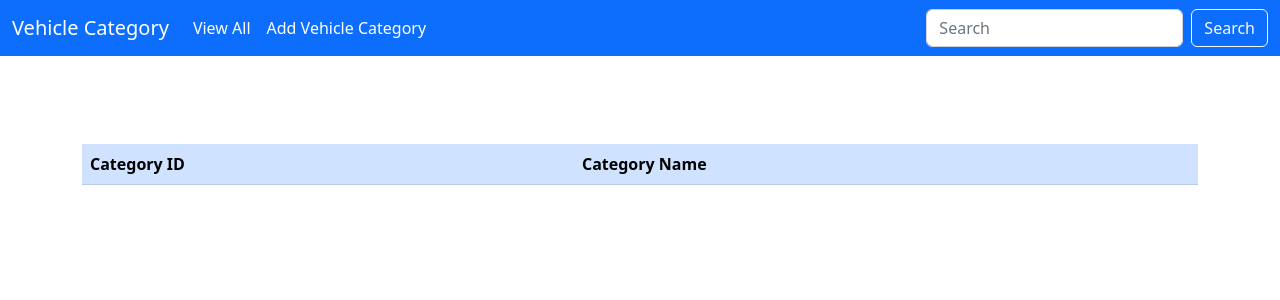
Repository: laksara20/gocheeta
Page: http://localhost/gocheeta-online/VehicleCategory?type=add
These files come from the project's save history. The page is drawn as it stood at one moment and after the next save; the edit follows.
The browser window is 1280 px wide. The pictures show the whole page.
The page is served by Tomcat 9. Other server files are loaded and not shown. Queries for data that is not in the repository find no rows.

Above is the page before, as saved 2022-09-16 11:26:54.

### gocheeta-online/src/main/webapp/gocheeta-vehiclecategories.jsp
<%@ page language="java" contentType="text/html; charset=ISO-8859-1"
	pageEncoding="ISO-8859-1" isELIgnored="false"%>

<%@ taglib prefix="tag" uri="http://java.sun.com/jsp/jstl/core"%>

<!DOCTYPE html>

<html>
<head>
<!-- Latest compiled and minified CSS -->
<link
	href="https://cdn.jsdelivr.net/npm/bootstrap@5.2.1/dist/css/bootstrap.min.css"
	rel="stylesheet">

<!-- Latest compiled JavaScript -->
<script
	src="https://cdn.jsdelivr.net/npm/bootstrap@5.2.1/dist/js/bootstrap.bundle.min.js"></script>
<meta charset="ISO-8859-1">
<title>GoCheeta</title>
</head>
<body>
	<nav class="navbar navbar-expand-lg navbar-dark bg-primary">
		<div class="container-fluid">
			<a class="navbar-brand" href="#">Vehicle Category</a>
			<button class="navbar-toggler" type="button"
				data-bs-toggle="collapse" data-bs-target="#navbarSupportedContent"
				aria-controls="navbarSupportedContent" aria-expanded="false"
				aria-label="Toggle navigation">
				<span class="navbar-toggler-icon"></span>
			</button>
			<div class="collapse navbar-collapse" id="navbarSupportedContent">
				<ul class="navbar-nav me-auto mb-2 mb-lg-0">
					<li class="nav-item"><a class="nav-link active"
						aria-current="page" href="#">View All</a></li>
					<li class="nav-item"><a class="nav-link active" href="#">Add
							Vehicle Category</a></li>
				</ul>
				<form class="d-flex" role="search">
					<input class="form-control me-2" type="search" placeholder="Search"
						aria-label="Search" name="vcid" id="vcid">
					<button class="btn btn-outline-light" type="submit">Search</button>
				</form>
			</div>
		</div>
	</nav>

	<br />
	<p style = "color:red;">${errormsg}</p>
	<br />
	<br />
	<div class="container">
		<table class="table table-striped">
			<thead>
				<tr class="table-primary">
					<th scope="col">Category ID</th>
					<th scope="col">Category Name</th>
				</tr>
			</thead>
			<tbody>
				<tag:forEach var="vehicleCategory" items="${vehicleCategoryList}">
					<tr>
						<td>${vehicleCategory.categoryID}</td>
						<td>${vehicleCategory.categoryName}</td>
					</tr>
				</tag:forEach>
			</tbody>
		</table>
	</div>


</body>
</html>

### gocheeta-online/src/main/java/com/laksara/gocheeta/controller/VehicleCategoryController.java
package com.laksara.gocheeta.controller;

import java.io.IOException;
import java.sql.SQLException;
import java.util.ArrayList;
import java.util.List;

import javax.servlet.RequestDispatcher;
import javax.servlet.ServletException;
import javax.servlet.http.HttpServlet;
import javax.servlet.http.HttpServletRequest;
import javax.servlet.http.HttpServletResponse;
import javax.servlet.http.HttpSession;

import com.laksara.gocheeta.model.VehicleCategory;
import com.laksara.gocheeta.service.VehicleCategoryService;

public class VehicleCategoryController extends HttpServlet {
	private static final long serialVersionUID = 1L;
	VehicleCategoryService vehicleCategoryService;
	String errormsg;

	public VehicleCategoryController() {
		vehicleCategoryService = VehicleCategoryService.getVehicleCategoryService();
	}

	protected void doGet(HttpServletRequest request, HttpServletResponse response)
			throws ServletException, IOException {
		String categoryID = request.getParameter("vcid");
		if (categoryID != null) {
			launchSpecificVehicleCategory(request, response);
		} else {
			launchAllVehicleCategories(request, response);
		}

	}

	protected void doPost(HttpServletRequest request, HttpServletResponse response)
			throws ServletException, IOException {

	}

	private void launchSpecificVehicleCategory(HttpServletRequest request, HttpServletResponse response) throws IOException {

		clearMessage();

		String categoryID = request.getParameter("vcid");
		VehicleCategory vehicleCategory = new VehicleCategory();


			try {
				vehicleCategory = vehicleCategoryService.getVehicleCategory(categoryID);
			} catch (ClassNotFoundException | SQLException e) {
				errormsg = e.getMessage();
			}

		HttpSession session = request.getSession();
		session.setAttribute("errormsg", errormsg);
		session.setAttribute("vehicleCategory", vehicleCategory);


		response.sendRedirect("gocheeta-managevehiclecategories.jsp");

	}

	private void launchAllVehicleCategories(HttpServletRequest request, HttpServletResponse response)
			throws ServletException, IOException {

		List<VehicleCategory> vehicleCategoryList;

		clearMessage();

		try {
			vehicleCategoryList = vehicleCategoryService.getVehicleCategories();
		} catch (ClassNotFoundException | SQLException e) {
			errormsg = e.getMessage();
			vehicleCategoryList = new ArrayList<VehicleCategory>();
		}

		request.setAttribute("vehicleCategoryList", vehicleCategoryList);
		request.setAttribute("errormsg", errormsg);

		RequestDispatcher rd = request.getRequestDispatcher("gocheeta-vehiclecategories.jsp");
		rd.forward(request, response);
	}

	private void clearMessage() {
		errormsg = "";
	}

}

### gocheeta-online/src/main/java/com/laksara/gocheeta/dao/VehicleCategoryFactory.java
package com.laksara.gocheeta.dao;

public class VehicleCategoryFactory {
	public static VehicleCategoryManager getVehicleCategoryManagerInstance() {
		return new VehicleCategoryManagerImpl();

	}
}

### gocheeta-online/src/main/java/com/laksara/gocheeta/dao/VehicleCategoryManager.java
package com.laksara.gocheeta.dao;

import java.sql.SQLException;
import java.util.List;

import com.laksara.gocheeta.model.VehicleCategory;

public interface VehicleCategoryManager {
	public boolean addVehicleCategory(VehicleCategory vehicleCategory) throws ClassNotFoundException, SQLException;
	public VehicleCategory getVehicleCategory(String categoryID) throws ClassNotFoundException, SQLException;
	public List<VehicleCategory> getVehicleCategories() throws ClassNotFoundException, SQLException;
	public boolean updateVehicleCategory(VehicleCategory vehicleCategory) throws ClassNotFoundException, SQLException;
	public boolean deleteVehicleCategory(String categoryID) throws ClassNotFoundException, SQLException;

}

### gocheeta-online/src/main/java/com/laksara/gocheeta/dao/VehicleCategoryManagerImpl.java
package com.laksara.gocheeta.dao;

import java.sql.Connection;
import java.sql.DriverManager;
import java.sql.PreparedStatement;
import java.sql.ResultSet;
import java.sql.SQLException;
import java.sql.Statement;
import java.util.ArrayList;
import java.util.List;

import com.laksara.gocheeta.model.VehicleCategory;

public class VehicleCategoryManagerImpl implements VehicleCategoryManager {

	/*
	 * 1. Import the Package 2. Load the Driver 3. Establish the connection 4.
	 * Create the statement 5. Execute the query 6. Process the result 7. Close the
	 * connection and the statement
	 */

	private Connection getConnection() throws ClassNotFoundException, SQLException {
		MySQLDBConnectorImpl mysql = new MySQLDBConnectorImpl();
		return mysql.getConnection();

	}

	public boolean addVehicleCategory(VehicleCategory vehicleCategory) throws ClassNotFoundException, SQLException {
		Connection connection = getConnection();

		String query = "INSERT INTO vehicle_category(categoryID,categoryName) VALUES(?,?)";
		PreparedStatement ps = connection.prepareStatement(query);
		ps.setString(1, vehicleCategory.getCategoryID());
		ps.setString(2, vehicleCategory.getCategoryName());

		int result = ps.executeUpdate();
		connection.close();

		return result > 0;
	}

	public VehicleCategory getVehicleCategory(String categoryID) throws ClassNotFoundException, SQLException {
		Connection connection = getConnection();
		String query = "SELECT * FROM vehicle_category WHERE categoryID = ?";
		PreparedStatement ps = connection.prepareStatement(query);
		ps.setString(1, categoryID);

		ResultSet rs = ps.executeQuery();

		VehicleCategory vehicleCategory = new VehicleCategory();

		while(rs.next()) {
			vehicleCategory.setCategoryID(rs.getString("categoryID"));
			vehicleCategory.setCategoryName(rs.getString("categoryName"));
		}

		ps.close();
		connection.close();

		return vehicleCategory;
	}

	public List<VehicleCategory> getVehicleCategories() throws ClassNotFoundException, SQLException {
		Connection connection = getConnection();
		String query = "SELECT * FROM vehicle_category";
		Statement st = connection.createStatement();
		ResultSet rs = st.executeQuery(query);

		List<VehicleCategory> vehicleCategoryList  = new ArrayList();


		while(rs.next()) {
			VehicleCategory vehicleCategory = new VehicleCategory();
			vehicleCategory.setCategoryID(rs.getString("categoryID"));
			vehicleCategory.setCategoryName(rs.getString("categoryName"));

			vehicleCategoryList.add(vehicleCategory);
		}

		st.close();
		connection.close();

		return vehicleCategoryList;
	}

	public boolean updateVehicleCategory(VehicleCategory vehicleCategory) throws ClassNotFoundException, SQLException {
		Connection connection = getConnection();
		String query = "UPDATE vehicle_category SET categoryName = ? WHERE categoryID = ?";

		PreparedStatement ps = connection.prepareStatement(query);
		ps.setString(1,vehicleCategory.getCategoryName());
		ps.setString(2, vehicleCategory.getCategoryID());

		int result = ps.executeUpdate();
		ps.close();
		connection.close();

		return result > 0;
	}

	public boolean deleteVehicleCategory(String categoryID) throws ClassNotFoundException, SQLException {
		Connection connection = getConnection();
		String query = "DELETE FROM vehicle_category WHERE categoryID = ?";

		PreparedStatement ps = connection.prepareStatement(query);
		ps.setString(1,categoryID);

		int result = ps.executeUpdate();
		ps.close();
		connection.close();

		return result > 0;
	}

}

### gocheeta-online/src/main/java/com/laksara/gocheeta/dao/DBConnector.java
package com.laksara.gocheeta.dao;

import java.sql.Connection;
import java.sql.SQLException;

public interface DBConnector {
	public Connection getConnection() throws ClassNotFoundException, SQLException;

}

### gocheeta-online/src/main/java/com/laksara/gocheeta/dao/MySQLDBConnectorImpl.java
package com.laksara.gocheeta.dao;

import java.sql.Connection;
import java.sql.DriverManager;
import java.sql.SQLException;

public class MySQLDBConnectorImpl implements DBConnector {

	@Override
	public Connection getConnection() throws ClassNotFoundException, SQLException {
		Class.forName("com.mysql.cj.jdbc.Driver");
		String url = "jdbc:mysql://localhost:3306/gocheeta";
		String username = "root";
		String password = "password";
		Connection connection = DriverManager.getConnection(url, username, password);
		return connection;
	}

}

After the next save:
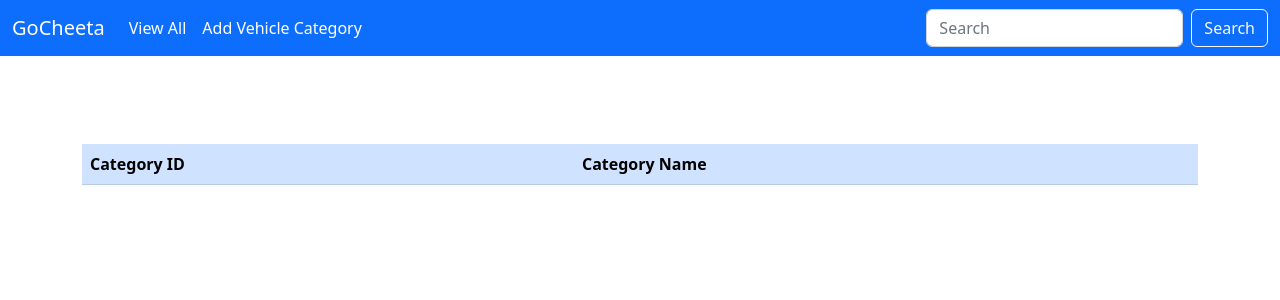
Saved 2 h 36 min later.
--- a/gocheeta-online/src/main/webapp/gocheeta-vehiclecategories.jsp
+++ b/gocheeta-online/src/main/webapp/gocheeta-vehiclecategories.jsp
@@ -21,7 +21,7 @@
 <body>
 	<nav class="navbar navbar-expand-lg navbar-dark bg-primary">
 		<div class="container-fluid">
-			<a class="navbar-brand" href="#">Vehicle Category</a>
+			<a class="navbar-brand" href="#">GoCheeta</a>
 			<button class="navbar-toggler" type="button"
 				data-bs-toggle="collapse" data-bs-target="#navbarSupportedContent"
 				aria-controls="navbarSupportedContent" aria-expanded="false"
